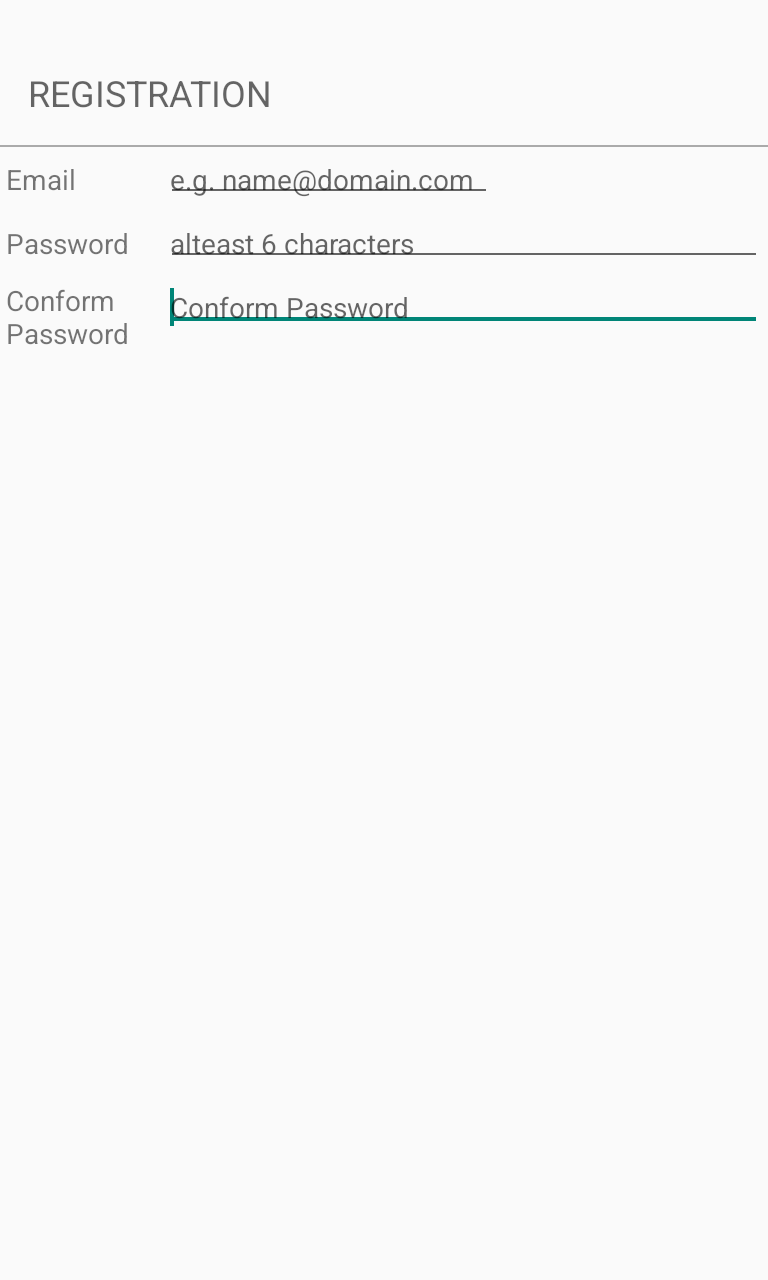
Repository: lMayuraDevani/BrentBrown
Layout: BrentBrown/res/layout/register.xml
The author's editor kept a copy of each file at every save. The layout is drawn from the files as they stood at one save, then again after the next save.
It is drawn on a 768 x 1280 px phone screen (xhdpi) without system bars, with theme AppTheme; the app's code is not run.

Above is the layout before, as saved 2014-11-12 09:25:55.

After the next save:
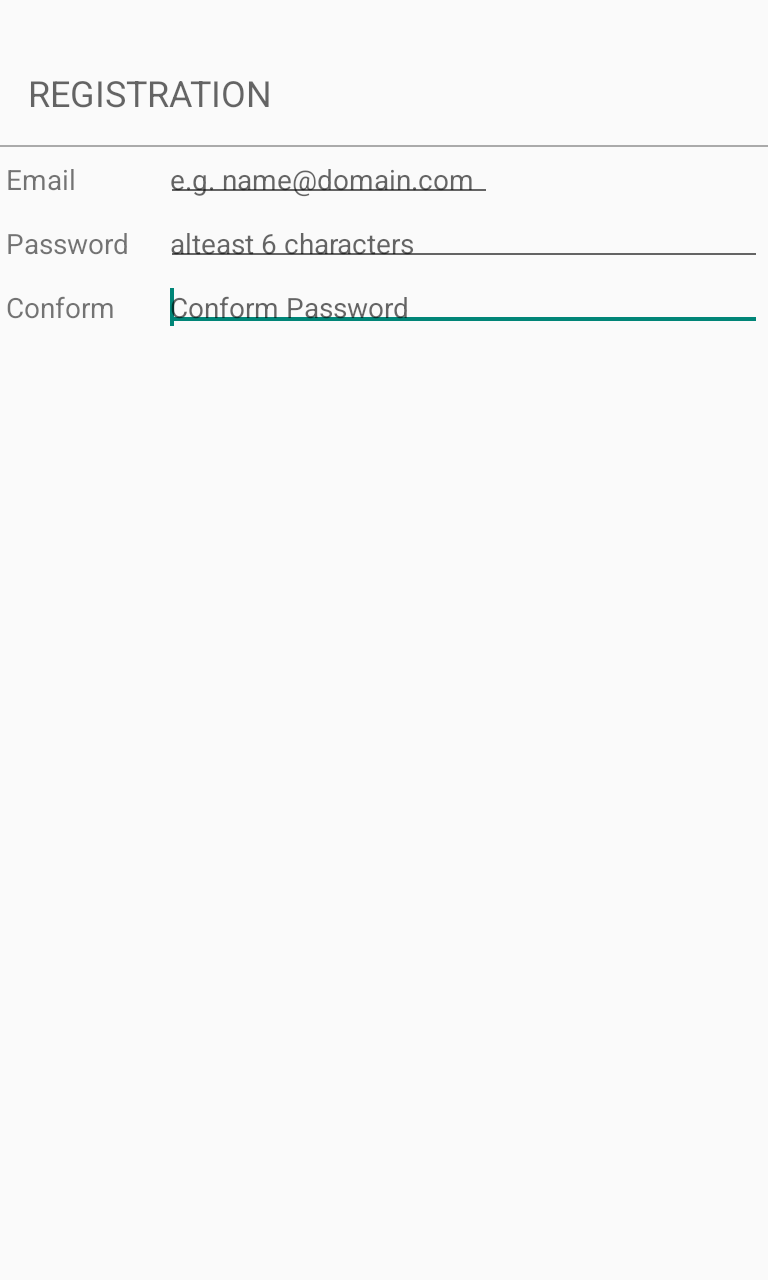
Saved 6 s later.
--- a/BrentBrown/res/layout/register.xml
+++ b/BrentBrown/res/layout/register.xml
@@ -90,7 +90,7 @@
                     android:layout_height="wrap_content"
                     android:layout_gravity="center"
                     android:padding="01dp"
-                    android:text="Conform Password"
+                    android:text="Conform"
                     android:textAppearance="?android:attr/textAppearanceSmall" />
 
                 <EditText
